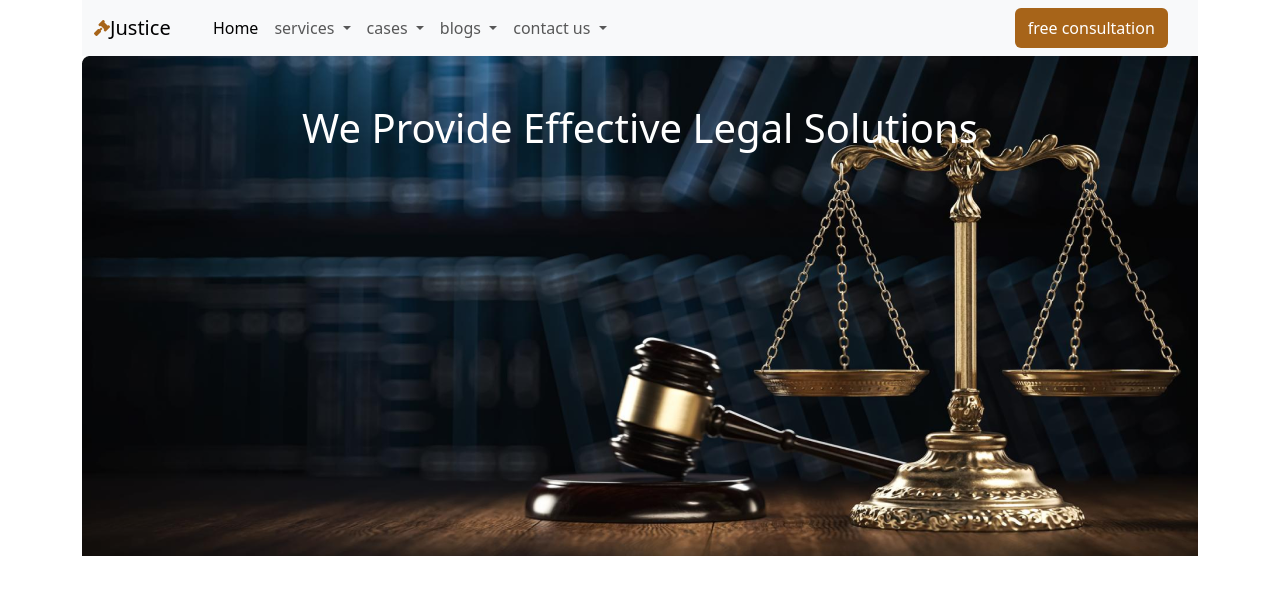
Repository: sadiaafsana138/justice
Page: index.html
The author's editor kept a copy of each file at every save. The page is drawn from the files as they stood at one save, then again after the next save.
The browser window is 1280 px wide. The pictures show the whole page.
Some web libraries are served in a nearby version.

Above is the page before, as saved 2023-01-25 17:10:11.

After the next save:
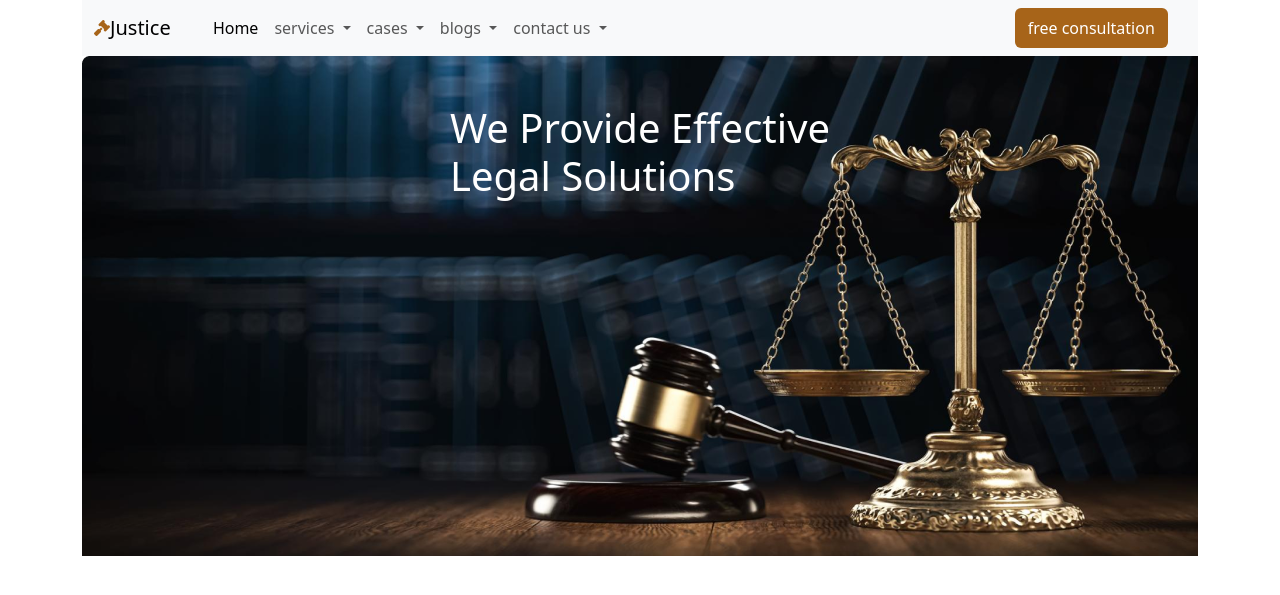
Saved 30 s later.
--- a/index.html
+++ b/index.html
@@ -81,7 +81,7 @@
         <section class="banner-bg">
 
             <div class="d-flex justify-content-center ">
-                <h1 class="text-primary-color1 mt-5 ">We Provide Effective Legal Solutions</h1>
+                <h1 class="text-primary-color1 mt-5 ">We Provide Effective <br>Legal Solutions</h1>
             </div>
         </section>
 
